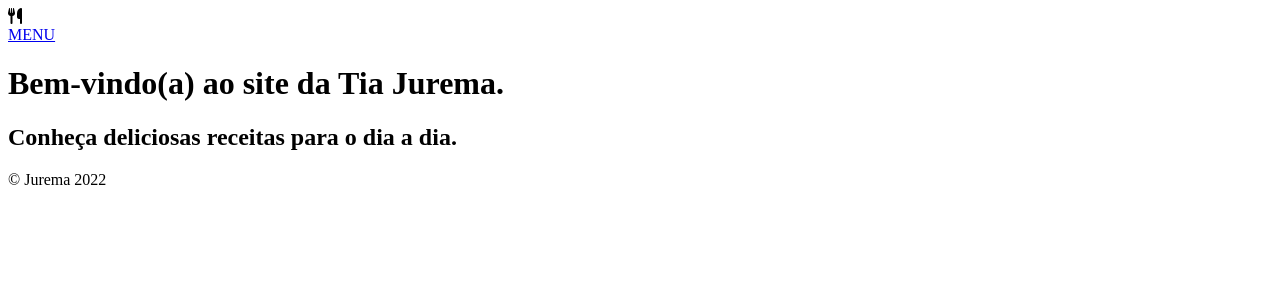
Repository: devropaes/RECEITAS
Page: OneDrive/Área de Trabalho/Estudos/Estácio/receitas/home.html
These files come from the project's save history. The page is drawn as it stood at one moment and after the next save; the edit follows.
The browser window is 1280 px wide. The pictures show the whole page.
Some web libraries are served in a nearby version.

Above is the page before, as saved 2024-03-11 19:11:03.

### OneDrive/Área de Trabalho/Estudos/Estácio/receitas/home.html
<!DOCTYPE html>
<html lang="pt-br">
<head>
  <meta charset="UTF-8">
  <meta name="viewport" content="width=device-width, initial-scale=1.0">
  <title>Receitas da Tia Jurema</title>
  <script src="https://kit.fontawesome.com/a076d05399.js" crossorigin="anonymous"></script>
  <i class="fas fa-utensils"></i>

</head>
<body>
  <header class="cabecalho">
    <nav class="cabecalho__menu">
        <a class="cabecalho__menu__link" href="index.html">MENU</a>
    </nav>

    <main>
      <h1>Bem-vindo(a) ao site da Tia Jurema.</h1>
      <h2>Conheça deliciosas receitas para o dia a dia.</h2>

    </main>

   </header>
      </nav>
    </main>


        <footer class="rodape">
          <p>&copy; Jurema 2022 </p>
       </footer>
</body>
</html>

After the next save:
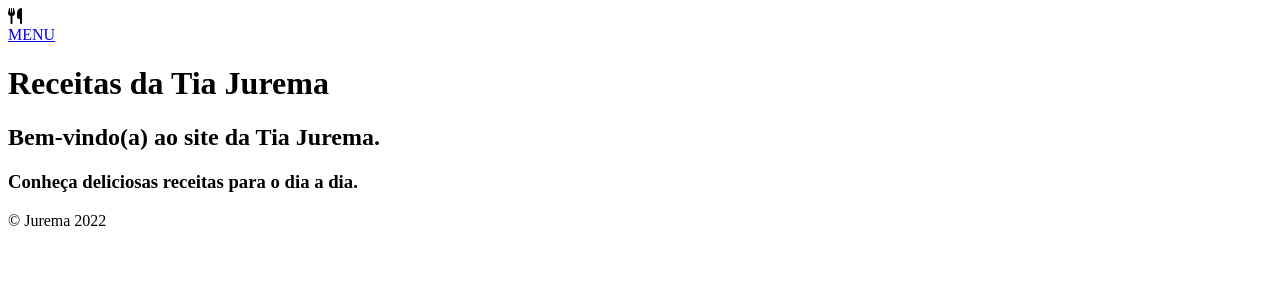
Saved 55 s later.
--- a/OneDrive/Área de Trabalho/Estudos/Estácio/receitas/home.html
+++ b/OneDrive/Área de Trabalho/Estudos/Estácio/receitas/home.html
@@ -15,8 +15,9 @@
     </nav>
 
     <main>
-      <h1>Bem-vindo(a) ao site da Tia Jurema.</h1>
-      <h2>Conheça deliciosas receitas para o dia a dia.</h2>
+      <h1>Receitas da Tia Jurema</h1>
+      <h2>Bem-vindo(a) ao site da Tia Jurema.</h2>
+      <h3>Conheça deliciosas receitas para o dia a dia.</h3>
 
     </main>
 
